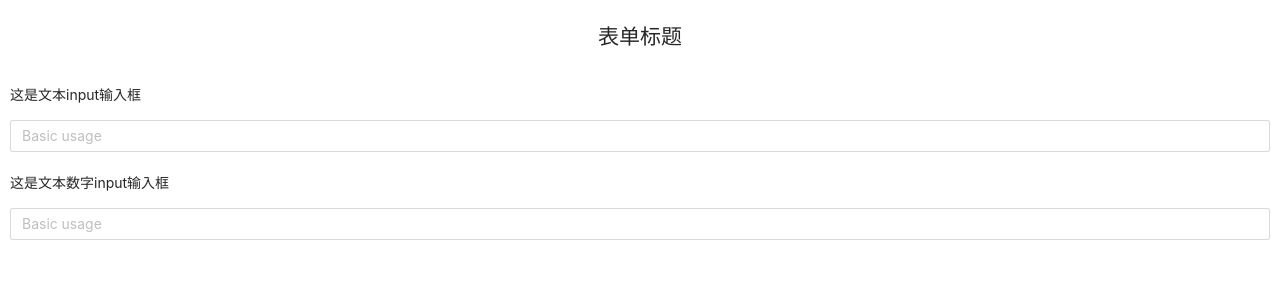
Repository: yangdi1993/form
Page: /
These files come from the project's save history. The page is drawn as it stood at one moment and after the next save; the edit follows.
The browser window is 1280 px wide. The pictures show the whole page.
The project was rebuilt for these pictures with package versions that can differ from the ones it lists, and the page was loaded fresh each time.

Above is the page before, as saved 2020-04-01 12:26:43.

After the next save:
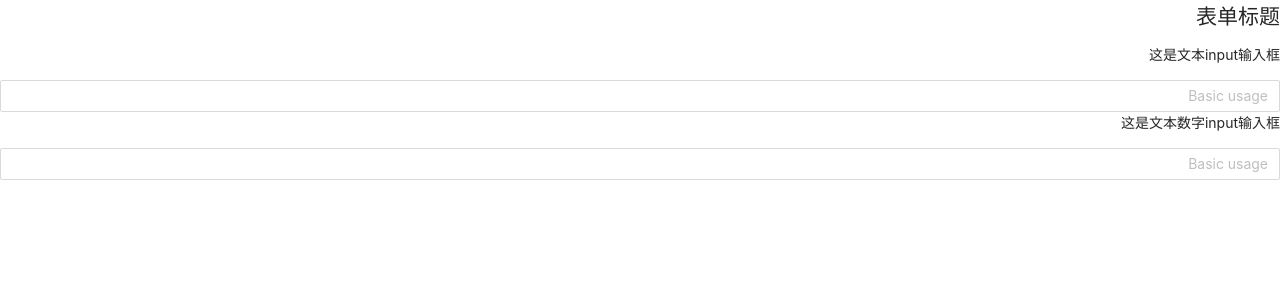
Saved 19 s later.
--- a/src/App.js
+++ b/src/App.js
@@ -2,7 +2,7 @@ import React from 'react';
 import './App.scss';
 import {Input} from 'antd';
 const App = () => (
-  <div className="App">
+  <div className="ar-App">
     <div className="form-head">
       <h2>表单标题</h2>
     </div>
